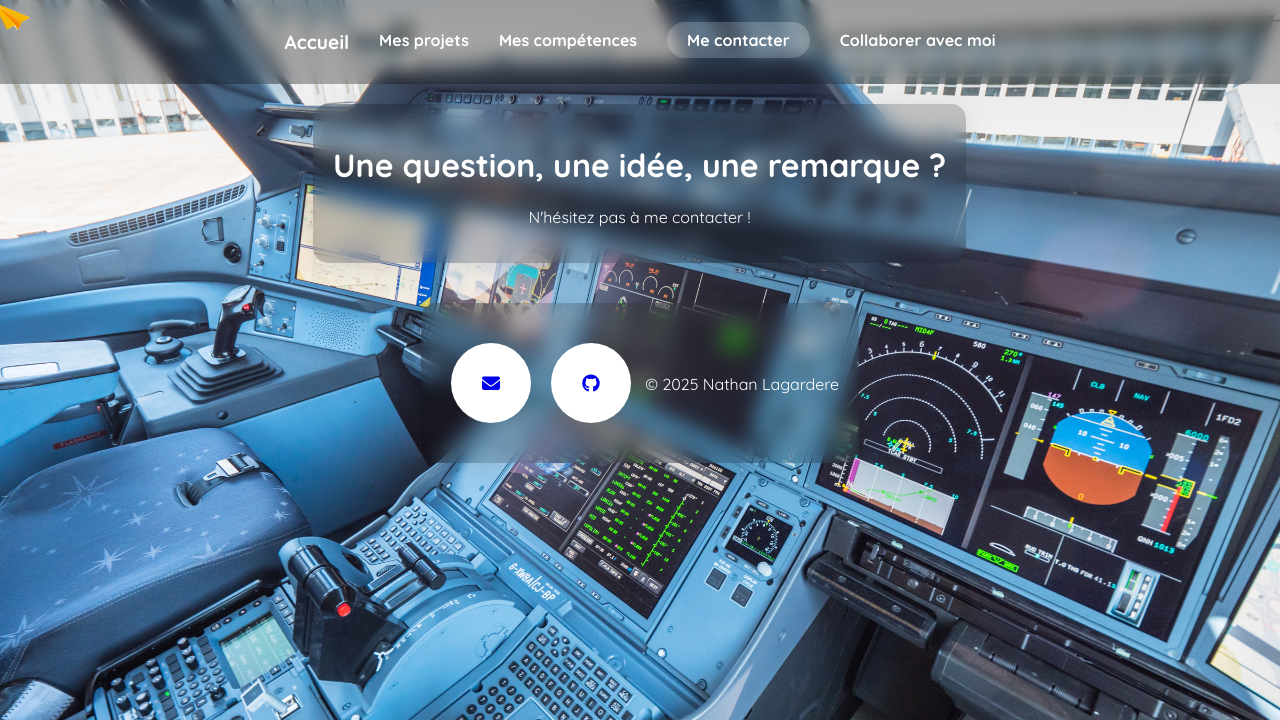
Repository: nlagardere/myportfolio
Page: contact.html
An editor plug-in stored every save of this project. The page is shown before and after the next save, followed by the edit.
The browser window is 1280 px wide. The pictures show the whole page.

Above is the page before, as saved 2025-09-07 11:07:09.

After the next save:
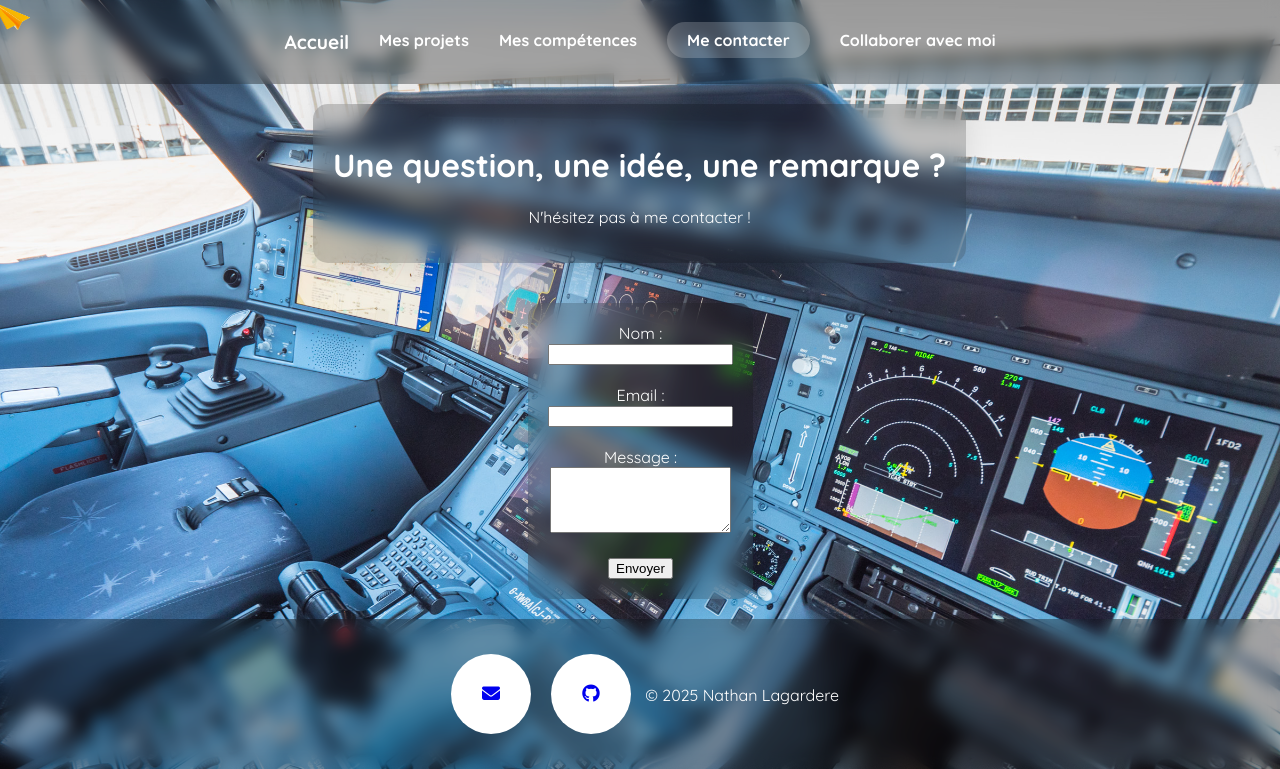
Saved 4 s later.
--- a/contact.html
+++ b/contact.html
@@ -244,7 +244,14 @@
     <p>N'hésitez pas à me contacter !</p>
     </div>
   <form class="glasscard" action="mailto:nathan.lagardere@gmail.com>
-
+    <label for="name">Nom :</label><br>
+    <input type="text" id="name" name="name" required><br><br>
+    <label for="email">Email :</label><br>
+    <input type="email" id="email" name="email" required><br><br>
+    <label for="message">Message :</label><br>
+    <textarea id="message" name="message" rows="4" required></textarea><br><br>
+    <input type="submit" value="Envoyer">
+  </form>
   <div class="footer">
     <ul class="wrapper">
       <li class="icon mail">
